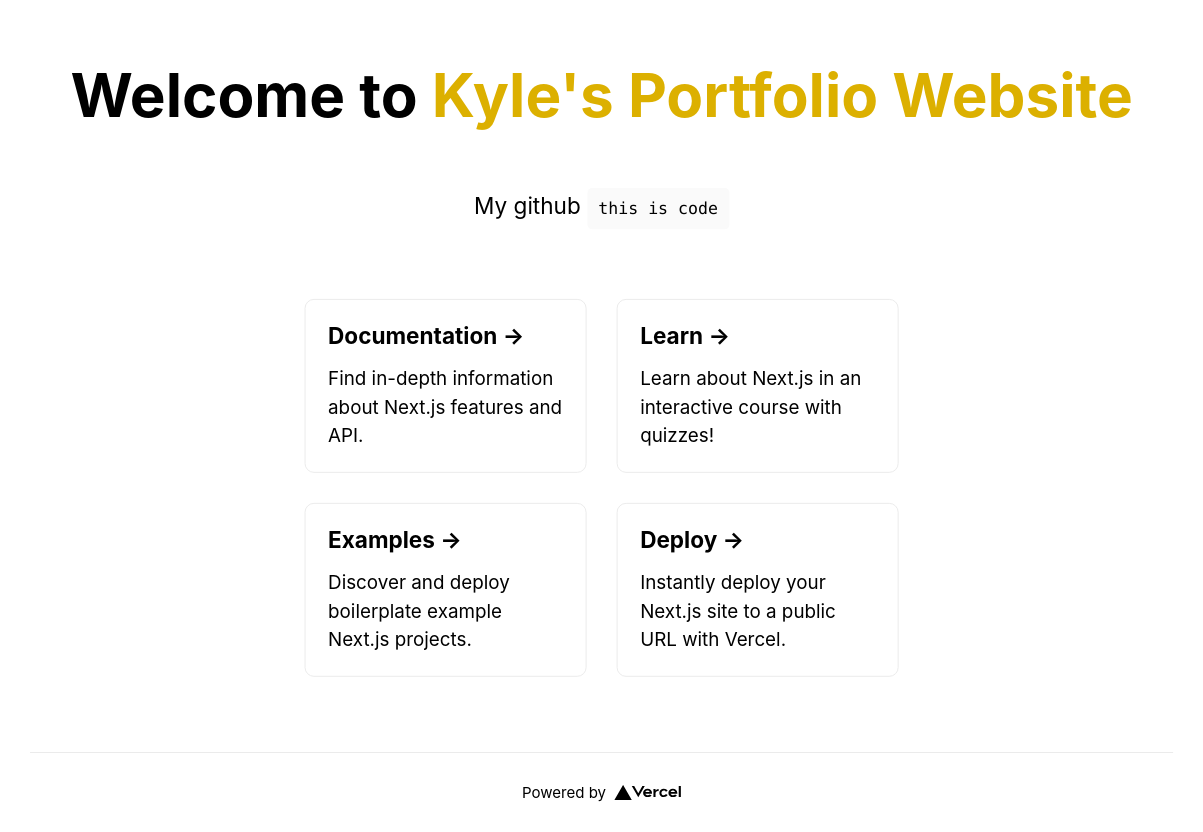
Repository: neomort/CL-portfolio-site
Page: /
An editor plug-in stored every save of this project. The page is shown before and after the next save, followed by the edit.
The browser window is 1280 px wide. The pictures show the whole page, at 94% of full size.
The project was rebuilt for these pictures with package versions that can differ from the ones it lists, and the page was loaded fresh each time. The framework's server and built-in components were replaced by stand-ins that run in the browser. Also part of the build but not shown: next.config.js.

Above is the page before, as saved 2021-12-14 14:22:00.

After the next save:
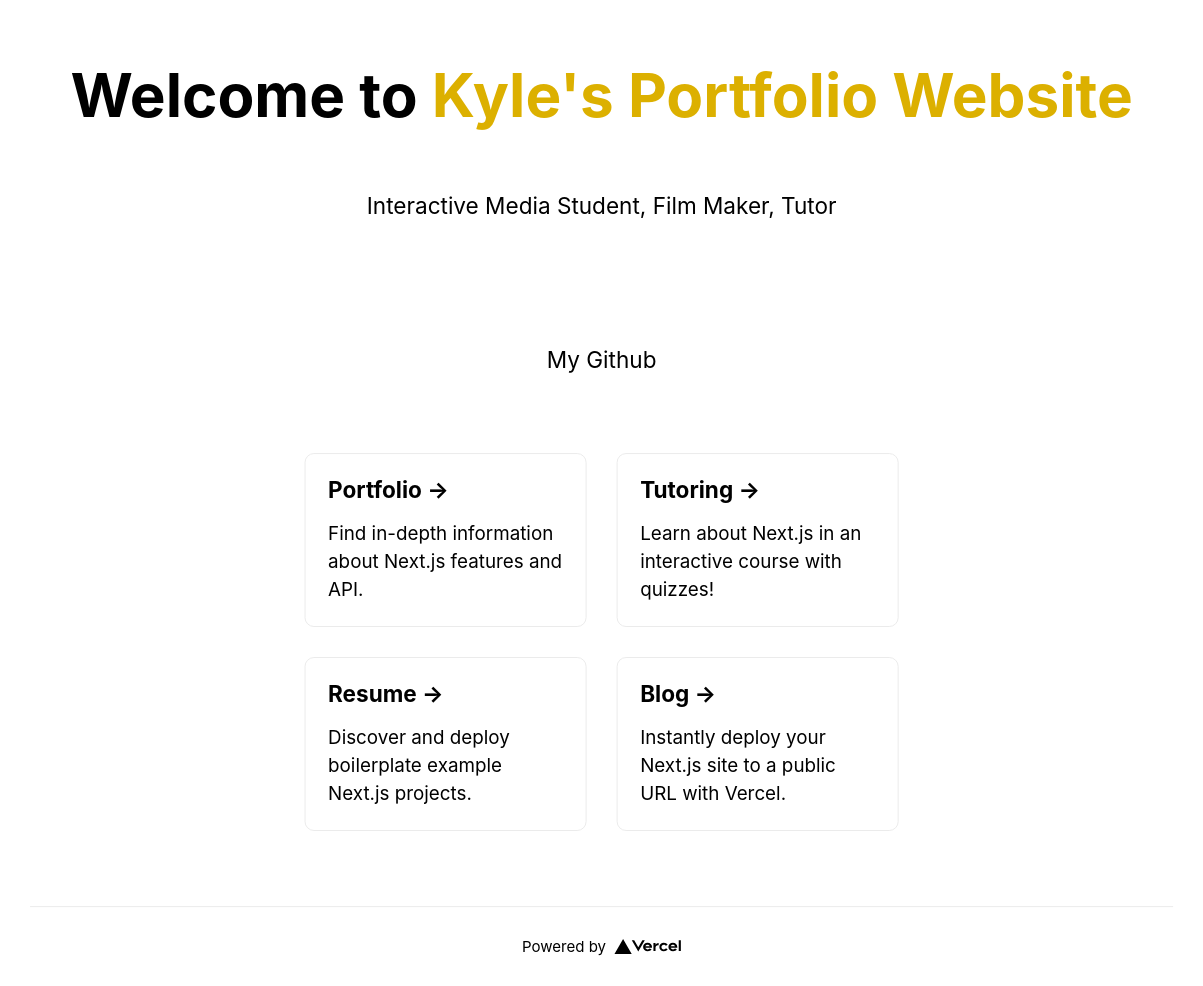
Saved 1 s later.
--- a/pages/index.js
+++ b/pages/index.js
@@ -13,22 +13,26 @@ export default function Home() {
 
       <main className={styles.main}>
         <h1 className={styles.title}>
-          Welcome to <a href="https://github.com/neomort">Kyle's Portfolio Website</a>
+          Welcome to <a href="https://kyleadams.com/">Kyle's Portfolio Website</a>
         </h1>
 
         <p className={styles.description}>
-          My github{' '}
-          <code className={styles.code}>this is code</code>
+        Interactive Media Student, Film Maker, Tutor
+        </p>
+
+        <p className={styles.description}>
+          <a href="https://github.com/neomort">My Github</a>
+          {/* <code className={styles.code}>this is code</code> */}
         </p>
 
         <div className={styles.grid}>
           <a href="https://nextjs.org/docs" className={styles.card}>
-            <h2>Documentation &rarr;</h2>
+            <h2>Portfolio &rarr;</h2>
             <p>Find in-depth information about Next.js features and API.</p>
           </a>
 
           <a href="https://nextjs.org/learn" className={styles.card}>
-            <h2>Learn &rarr;</h2>
+            <h2>Tutoring &rarr;</h2>
             <p>Learn about Next.js in an interactive course with quizzes!</p>
           </a>
 
@@ -36,7 +40,7 @@ export default function Home() {
             href="https://github.com/vercel/next.js/tree/master/examples"
             className={styles.card}
           >
-            <h2>Examples &rarr;</h2>
+            <h2>Resume &rarr;</h2>
             <p>Discover and deploy boilerplate example Next.js projects.</p>
           </a>
 
@@ -44,7 +48,7 @@ export default function Home() {
             href="https://vercel.com/new?utm_source=create-next-app&utm_medium=default-template&utm_campaign=create-next-app"
             className={styles.card}
           >
-            <h2>Deploy &rarr;</h2>
+            <h2>Blog &rarr;</h2>
             <p>
               Instantly deploy your Next.js site to a public URL with Vercel.
             </p>
